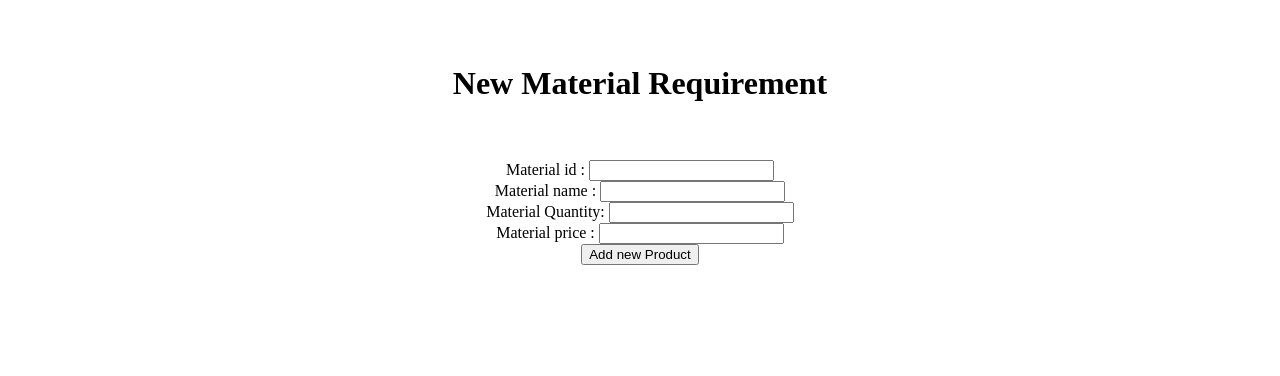
Repository: Nilesh-Parit/J2EE
Page: http://localhost/SpringMvcCrud/WEB-INF/views/addproduct.jsp
An editor plug-in stored every save of this project. The page is shown before and after the next save, followed by the edit.
The browser window is 1280 px wide. The pictures show the whole page.
The page is served by Tomcat 9. Nobody is signed in. The template is opened directly, without the code that normally fills it, so the values that code supplies are empty.

Above is the page before, as saved 2024-01-12 03:42:22.

After the next save:
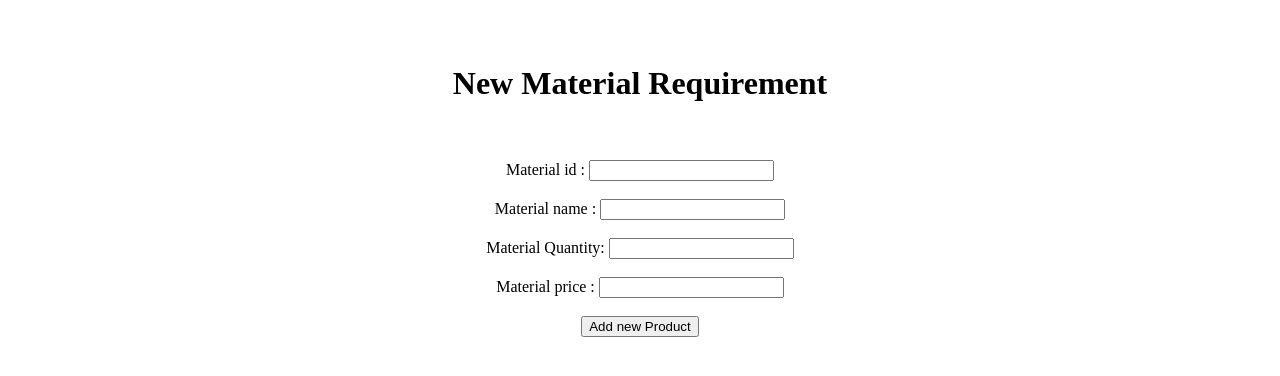
Saved 25 s later.
--- a/Spring/SpringMvcCrud/src/main/webapp/WEB-INF/views/addproduct.jsp
+++ b/Spring/SpringMvcCrud/src/main/webapp/WEB-INF/views/addproduct.jsp
@@ -14,10 +14,10 @@
 	<br>
 	<div align="center">
 		<form action="insertProduct" method="post">
-			Material id : <input type="text" name="pid" id="pid"><br>
-			Material name : <input type="text" name="pname" id="pname"><br>
-			Material Quantity: <input type="text" name="qty" id="qty"><br>
-			Material price : <input type="text" name="price" id="price"><br>
+			Material id : <input type="text" name="pid" id="pid"><br><br>
+			Material name : <input type="text" name="pname" id="pname"><br><br>
+			Material Quantity: <input type="text" name="qty" id="qty"><br><br>
+			Material price : <input type="text" name="price" id="price"><br><br>
 
 			<button type="submit" name="btn" id="btn">Add new Product</button>
 		</form>
